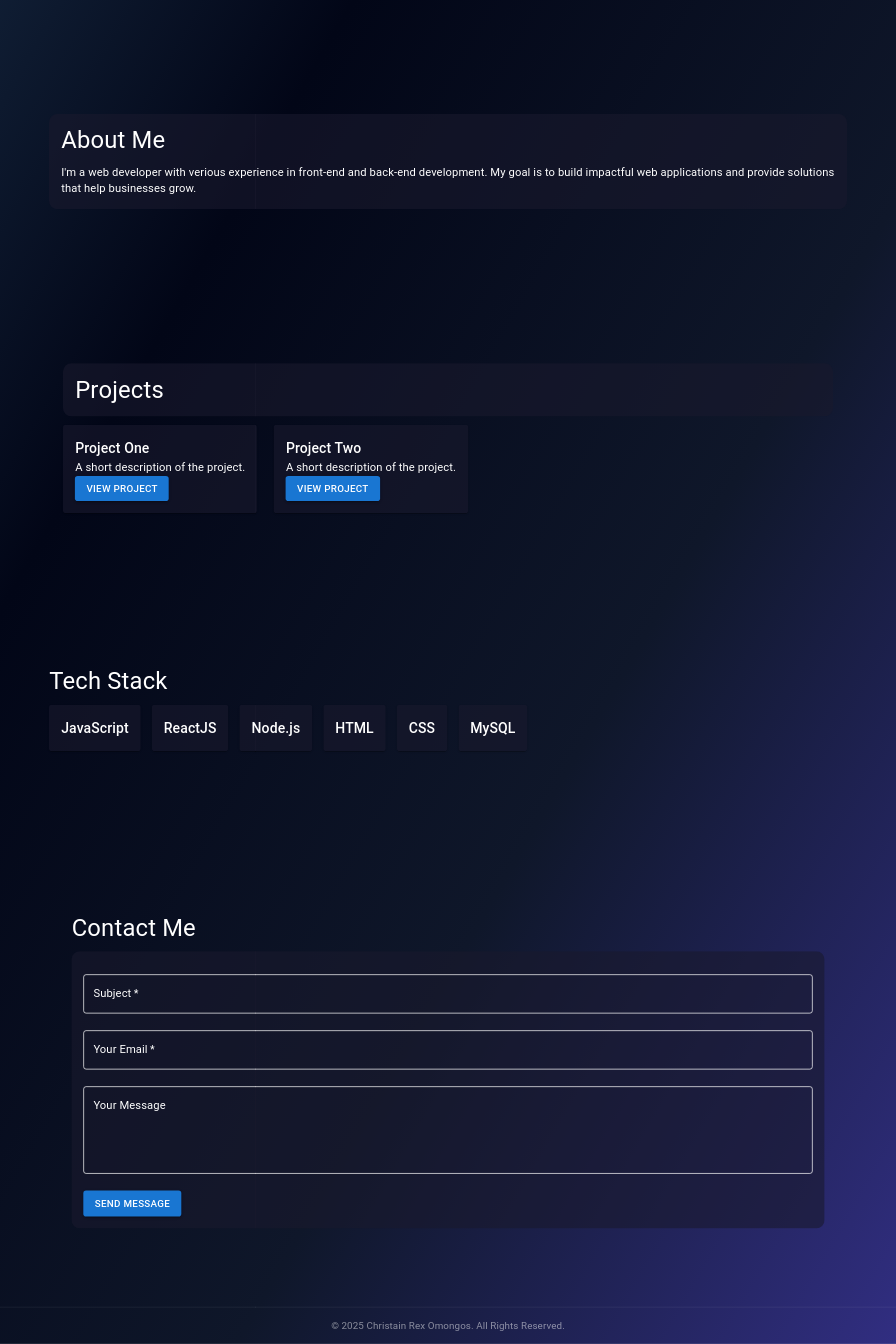
Repository: mikeshadowcoder/myWeb
Page: /
An editor plug-in stored every save of this project. The page is shown before and after the next save, followed by the edit.
The browser window is 1280 px wide. The pictures show the part of the page from y = 757 to 2677 px (the page is 2677 px tall before and 2645 px after), at 70% of full size.
The project was rebuilt for these pictures with package versions that can differ from the ones it lists, and the page was loaded fresh each time.

Above is the page before, as saved 2026-01-21 22:55:35.

After the next save:
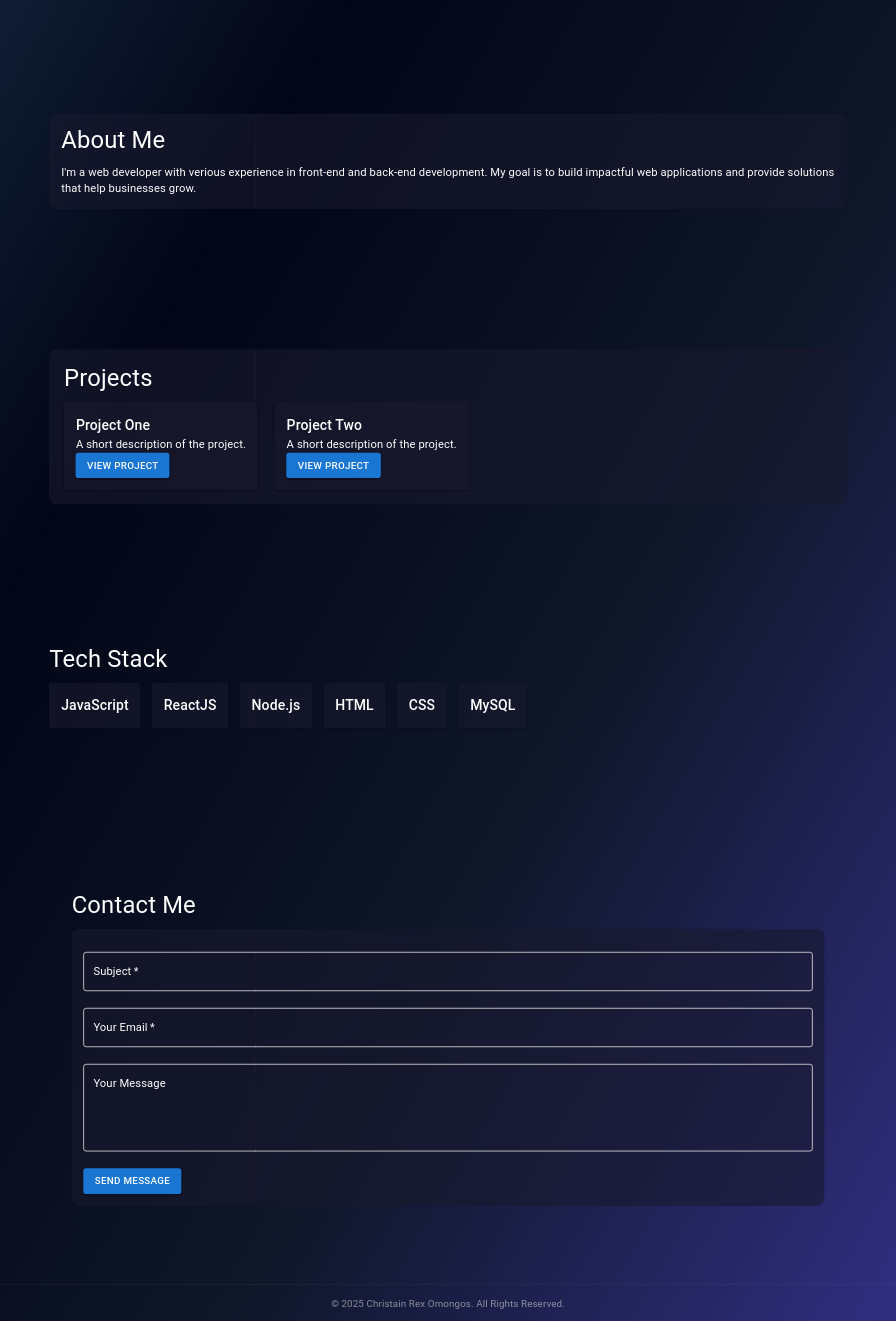
Saved 44 s later.
--- a/src/components/Content.js
+++ b/src/components/Content.js
@@ -21,9 +21,9 @@
   return (
   <Box>
     {/* <MacWindowHeader/> */}
-    <Box sx={{ padding: "20px"}}>
+    <Box className='box-container' sx={{ padding: "20px"}}>
 
-        <Typography className='box-container' variant="h4" gutterBottom>Projects</Typography>
+        <Typography variant="h4" gutterBottom>Projects</Typography>
         <Grid2 container spacing={3}>
           {projects.map((project, index) => (
             <Grid2 item xs={12} sm={6} key={index}>
